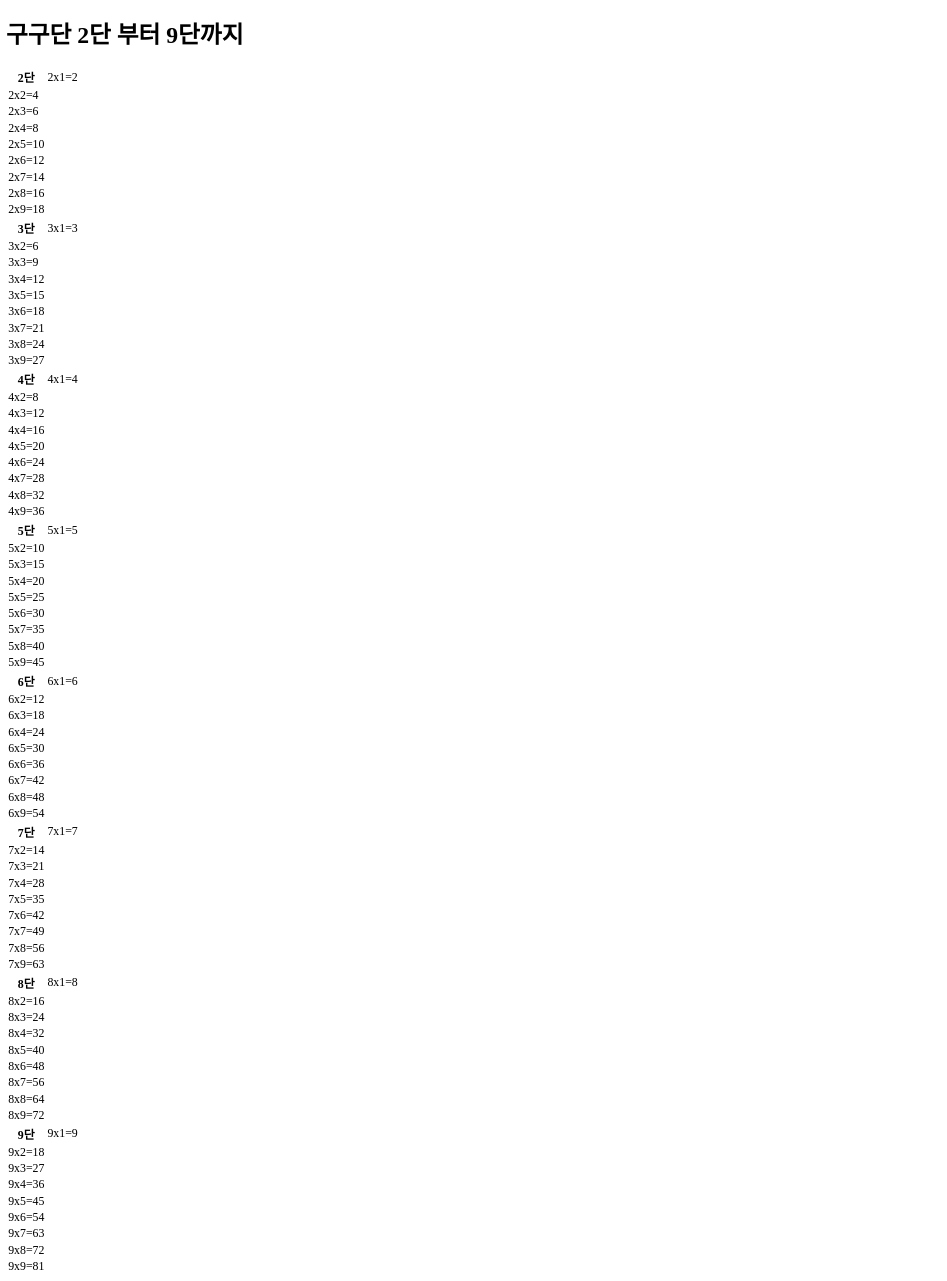
Repository: hyeongu135-ui/Jsp2026
Page: http://localhost/chapter01/test02.jsp
The author's editor kept a copy of each file at every save. The page is drawn from the files as they stood at one save, then again after the next save.
The browser window is 1280 px wide. The pictures show the whole page, at 74% of full size.
The page is served by Tomcat 9.

Above is the page before, as saved 2026-10-16 04:18:58.

### chapter01/src/main/webapp/test02.jsp
<%@ page language="java" contentType="text/html; charset=UTF-8"
	pageEncoding="UTF-8" import="java.util.*"%>
<!DOCTYPE html>
<html>
<head>
<meta charset="UTF-8">
<title>Insert title here</title>
</head>
<body>
	<h1>구구단 2단 부터 9단까지</h1>
	<table>
		<tr>
			<%
			for (int i = 2; i < 10; i++) {
			%>

		<th>
			<%=
			i + "단"
			%>
		</th>


		<%
		for (int j = 1; j < 10; j++) {
			int sum = (i * j);
		%>

			<td><%=i + "x" + j + "=" + sum%></td></tr>
		<%
		}
		%>
		<%
		}
		%>
	</table>
</body>
</html>

After the next save:
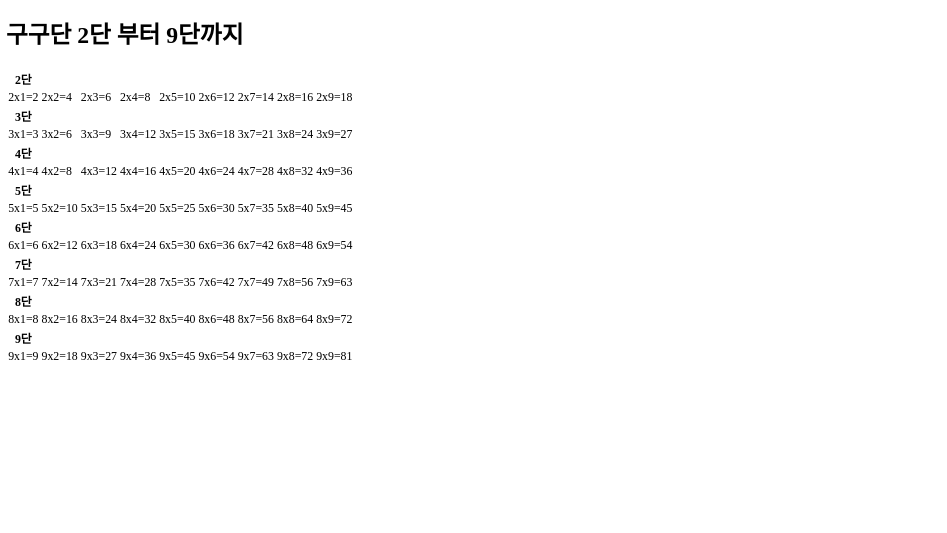
Saved 30 s later.
--- a/chapter01/src/main/webapp/test02.jsp
+++ b/chapter01/src/main/webapp/test02.jsp
@@ -10,6 +10,7 @@
 	<h1>구구단 2단 부터 9단까지</h1>
 	<table>
 		<tr>
+		<tr>
 			<%
 			for (int i = 2; i < 10; i++) {
 			%>
@@ -19,6 +20,7 @@
 			i + "단"
 			%>
 		</th>
+		</tr>
 
 
 		<%
@@ -26,10 +28,10 @@
 			int sum = (i * j);
 		%>
 
-			<td><%=i + "x" + j + "=" + sum%></td></tr>
+			<td><%=i + "x" + j + "=" + sum%></td>
 		<%
 		}
-		%>
+		%></tr>
 		<%
 		}
 		%>
